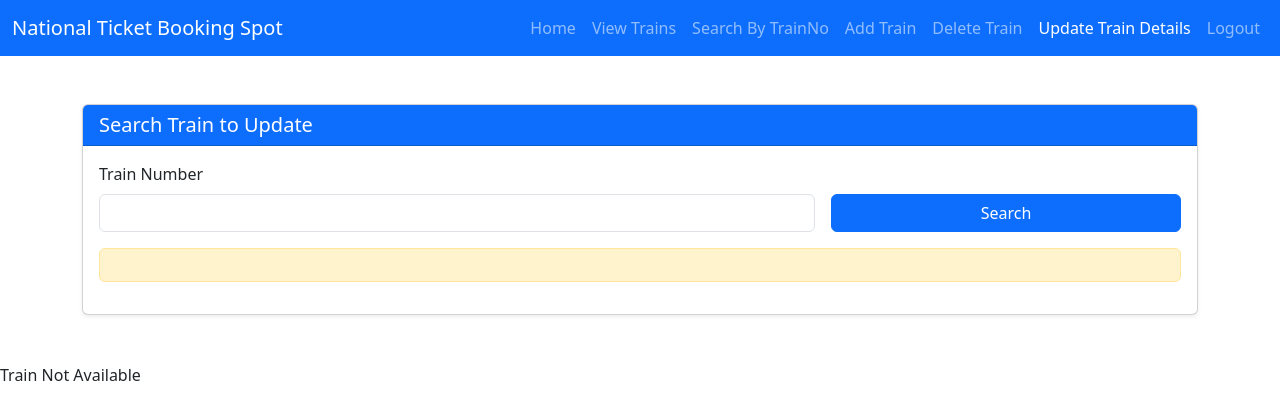
Repository: PrathamSahani/TMS-Sprint2
Page: http://localhost/TMS/adminupdatetrain
These files come from the project's save history. The page is drawn as it stood at one moment and after the next save; the edit follows.
The browser window is 1280 px wide. The pictures show the whole page.
The page is served by Tomcat 10. Other server files are loaded and not shown. Queries for data that is not in the repository find no rows.

Above is the page before, as saved 2025-04-23 16:49:22.

### Update/TMS/src/main/java/com/tms/servlets/AdminTrainUpdate.java
package com.tms.servlets;

import jakarta.servlet.ServletException;
import jakarta.servlet.annotation.WebServlet;
import jakarta.servlet.http.HttpServlet;
import jakarta.servlet.http.HttpServletRequest;
import jakarta.servlet.http.HttpServletResponse;
import java.io.IOException;

import java.io.IOException;
import java.io.PrintWriter;

import jakarta.servlet.RequestDispatcher;
import jakarta.servlet.ServletException;
import jakarta.servlet.annotation.WebServlet;
import jakarta.servlet.http.HttpServlet;
import jakarta.servlet.http.HttpServletRequest;
import jakarta.servlet.http.HttpServletResponse;

import com.tms.beans.TrainBean;
import com.tms.beans.TrainException;
import com.tms.service.TrainService;
import com.tms.service.impl.TrainServiceImpl;

@SuppressWarnings("serial")
@WebServlet("/adminupdatetrain")
public class AdminTrainUpdate extends HttpServlet {

	private TrainService trainService = new TrainServiceImpl();

	/**
	 *
	 * @param req
	 * @param res
	 * @throws IOException
	 * @throws ServletException
	 */
	protected void doPost(HttpServletRequest req, HttpServletResponse res) throws IOException, ServletException {
		res.setContentType("text/html");
		PrintWriter pw = res.getWriter();

		try {
			String trainNo = req.getParameter("trainnumber");
			TrainBean train = trainService.getTrainById(trainNo);
			if (train != null) {
				RequestDispatcher rd = req.getRequestDispatcher("AdminHome.jsp");
				rd.include(req, res);
				pw.println("<div class='tab'>Train Schedule Update</div>");
				pw.println("<div class='tab'>" + "<table><form action='updatetrainschedule' method='post'>"
						+ "<tr><td>Train No :</td><td><input type='text' name='trainno' value='" + train.getTr_no()
						+ "'></td></tr>" + "<tr><td>Train Name :</td><td><input type='text' name='trainname' value='"
						+ train.getTr_name() + "'></td></tr>"
						+ "<tr><td>From Station :</td><td><input type='text' name='fromstation' value='"
						+ train.getFrom_stn() + "'></td></tr>"
						+ "<tr><td>To Station :</td><td><input type='text' name='tostation' value='" + train.getTo_stn()
						+ "'></td></tr>"
						+ "<tr><td>Available seats:</td><td><input type='text' name='available' value='"
						+ train.getSeats() + "'></td></tr>"
						+ "<tr><td>Fare (INR) :</td><td><input type='text' name='fare' value='" + train.getFare()
						+ "'></td></tr>"
						+ "<tr><td></td><td><input type='submit' name='submit' value='Update Train Schedule'></td></tr>"
						+ "</form></table>" + "</div>");
			} else {
				RequestDispatcher rd = req.getRequestDispatcher("AdminUpdateTrain.jsp");
				rd.include(req, res);
				pw.println("<div class='tab'>Train Not Available</div>");
			}
		} catch (Exception e) {
			throw new TrainException(422, this.getClass().getName() + "_FAILED", e.getMessage());

		}

	}

	protected void doGet(HttpServletRequest req, HttpServletResponse res) throws IOException, ServletException {
		doPost(req, res);
	}

}

### Update/TMS/src/main/java/com/tms/service/impl/TrainServiceImpl.java
package com.tms.service.impl;

import jakarta.servlet.ServletException;
import jakarta.servlet.annotation.WebServlet;
import jakarta.servlet.http.HttpServlet;
import jakarta.servlet.http.HttpServletRequest;
import jakarta.servlet.http.HttpServletResponse;
import java.io.IOException;

import java.sql.Connection;
import java.sql.PreparedStatement;
import java.sql.ResultSet;
import java.sql.SQLException;
import java.util.ArrayList;
import java.util.List;

import com.tms.beans.TrainBean;
import com.tms.beans.TrainException;
import com.tms.constant.ResponseCode;
import com.tms.service.TrainService;
import com.tms.utils.DBUtil;

public class TrainServiceImpl implements TrainService {

	@Override
	public String addTrain(TrainBean train) {
	    String responseCode = ResponseCode.FAILURE.toString();
	    String query = "INSERT INTO TRAIN VALUES(?,?,?,?,?,?)";
	    try {
	        Connection con = DBUtil.getConnection();
	        PreparedStatement ps = con.prepareStatement(query);
	        ps.setLong(1, train.getTr_no());
	        ps.setString(2, train.getTr_name());
	        ps.setString(3, train.getFrom_stn());
	        ps.setString(4, train.getTo_stn());
	        ps.setLong(5, train.getSeats());
	        ps.setDouble(6, train.getFare());

	        int rows = ps.executeUpdate(); // ✅ Fixed
	        if (rows > 0) {
	            responseCode = ResponseCode.SUCCESS.toString();
	        }

	        ps.close();
	    } catch (SQLException | TrainException e) {
	        responseCode += " : " + e.getMessage();
	    }
	    return responseCode;
	}

	@Override
	public String deleteTrainById(String trainNo) {
		String responseCode = ResponseCode.FAILURE.toString();
		String query = "DELETE FROM TRAIN WHERE TR_NO=?";
		try {
			Connection con = DBUtil.getConnection();
			PreparedStatement ps = con.prepareStatement(query);
			ps.setString(1, trainNo);
			int response = ps.executeUpdate();
			if (response > 0) {
				responseCode = ResponseCode.SUCCESS.toString();
			}
			ps.close();
		} catch (SQLException | TrainException e) {
			responseCode += " : " + e.getMessage();
		}
		return responseCode;
	}

	@Override
	public String updateTrain(TrainBean train) {
	    String responseCode = ResponseCode.FAILURE.toString();
	    String query = "UPDATE TRAIN SET TR_NAME=?, FROM_STN=?, TO_STN=?, SEATS=?, FARE=? WHERE TR_NO=?";
	    try {
	        Connection con = DBUtil.getConnection();
	        PreparedStatement ps = con.prepareStatement(query);
	        ps.setString(1, train.getTr_name());
	        ps.setString(2, train.getFrom_stn());
	        ps.setString(3, train.getTo_stn());
	        ps.setLong(4, train.getSeats());
	        ps.setDouble(5, train.getFare());
	        ps.setLong(6, train.getTr_no());

	        int rows = ps.executeUpdate(); // ✅ Fixed
	        if (rows > 0) {
	            responseCode = ResponseCode.SUCCESS.toString();
	        }

	        ps.close();
	    } catch (SQLException | TrainException e) {
	        responseCode += " : " + e.getMessage();
	    }
	    return responseCode;
	}

	@Override
	public TrainBean getTrainById(String trainNo) throws TrainException {
		TrainBean train = null;
		String query = "SELECT * FROM TRAIN WHERE TR_NO=?";
		try {
			Connection con = DBUtil.getConnection();
			PreparedStatement ps = con.prepareStatement(query);
			ps.setString(1, trainNo);
			ResultSet rs = ps.executeQuery();
			if (rs.next()) {
				train = new TrainBean();
				train.setFare(rs.getDouble("fare"));
				train.setFrom_stn(rs.getString("from_stn"));
				train.setTo_stn(rs.getString("to_stn"));
				train.setTr_name(rs.getString("tr_name"));
				train.setTr_no(rs.getLong("tr_no"));
				train.setSeats(rs.getInt("seats"));
			}
			ps.close();
		} catch (SQLException e) {
			System.out.println(e.getMessage());
			throw new TrainException(e.getMessage());
		}
		return train;
	}

	@Override
	public List<TrainBean> getAllTrains() throws TrainException {
		List<TrainBean> trains = null;
		String query = "SELECT * FROM TRAIN";
		try {
			Connection con = DBUtil.getConnection();
			PreparedStatement ps = con.prepareStatement(query);
			ResultSet rs = ps.executeQuery();
			trains = new ArrayList<TrainBean>();
			while (rs.next()) {
				TrainBean train = new TrainBean();
				train.setFare(rs.getDouble("fare"));
				train.setFrom_stn(rs.getString("from_stn"));
				train.setTo_stn(rs.getString("to_stn"));
				train.setTr_name(rs.getString("tr_name"));
				train.setTr_no(rs.getLong("tr_no"));
				train.setSeats(rs.getInt("seats"));
				trains.add(train);
			}

			ps.close();
		} catch (SQLException e) {
			System.out.println(e.getMessage());
			throw new TrainException(e.getMessage());
		}
		return trains;
	}

	@Override
	public List<TrainBean> getTrainsBetweenStations(String fromStation, String toStation) throws TrainException {
		List<TrainBean> trains = null;
		String query = "SELECT * FROM TRAIN WHERE UPPER(FROM_STN) LIKE UPPER(?) AND UPPER(TO_STN) LIKE UPPER(?)";

		try {
			Connection con = DBUtil.getConnection();
			PreparedStatement ps = con.prepareStatement(query);
			ps.setString(1, "%" + fromStation + "%");
			ps.setString(2, "%" + toStation + "%");
			ResultSet rs = ps.executeQuery();
			trains = new ArrayList<TrainBean>();
			while (rs.next()) {
				TrainBean train = new TrainBean();
				train.setFare(rs.getDouble("fare"));
				train.setFrom_stn(rs.getString("from_stn"));
				train.setTo_stn(rs.getString("to_stn"));
				train.setTr_name(rs.getString("tr_name"));
				train.setTr_no(rs.getLong("tr_no"));
				train.setSeats(rs.getInt("seats"));
				trains.add(train);
			}

			ps.close();
		} catch (SQLException e) {
			System.out.println(e.getMessage());
			throw new TrainException(e.getMessage());
		}
		return trains;
	}

}

### Update/TMS/src/main/java/com/tms/utils/DBUtil.java
package com.tms.utils;

import jakarta.servlet.ServletException;
import jakarta.servlet.annotation.WebServlet;
import jakarta.servlet.http.HttpServlet;
import jakarta.servlet.http.HttpServletRequest;
import jakarta.servlet.http.HttpServletResponse;
import java.io.IOException;

import java.sql.Connection;
import java.sql.DriverManager;
import java.sql.SQLException;
import java.util.ResourceBundle;

import jakarta.servlet.ServletException;
import jakarta.servlet.annotation.WebServlet;
import jakarta.servlet.http.HttpServlet;
import jakarta.servlet.http.HttpServletRequest;
import jakarta.servlet.http.HttpServletResponse;
import java.io.IOException;

import java.sql.Connection;
import java.sql.DriverManager;
import java.sql.SQLException;
import java.util.ResourceBundle;

import com.tms.beans.TrainException;
import com.tms.constant.ResponseCode;

public class DBUtil {
    private static Connection con;

    static {
        try {
            Class.forName("org.apache.derby.jdbc.EmbeddedDriver");
        } catch (ClassNotFoundException e) {
            e.printStackTrace();
        }

        try {
            String url = "jdbc:derby:C:\\Users\\HP\\MyDB;create=true";
            con = DriverManager.getConnection(url);
            System.out.println("Connection Success!!");
        } catch (SQLException e) {
            e.printStackTrace();
        }
    }

    public static Connection getConnection() throws TrainException {
        if (con == null)
            throw new TrainException(ResponseCode.DATABASE_CONNECTION_FAILURE);
        return con;
    }
}

Loaded but not shown: Update/TMS/src/main/webapp/AdminUpdateTrain.jsp (common file)

After the next save:
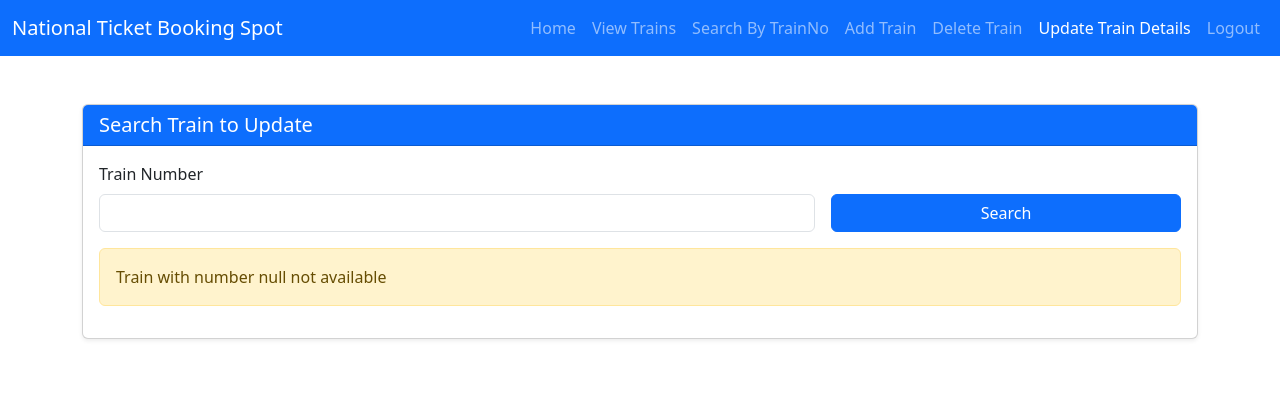
Saved 20 s later.
--- a/Update/TMS/src/main/java/com/tms/servlets/AdminTrainUpdate.java
+++ b/Update/TMS/src/main/java/com/tms/servlets/AdminTrainUpdate.java
@@ -7,73 +7,39 @@ import jakarta.servlet.http.HttpServletRequest;
 import jakarta.servlet.http.HttpServletResponse;
 import java.io.IOException;
 
-import java.io.IOException;
-import java.io.PrintWriter;
-
-import jakarta.servlet.RequestDispatcher;
-import jakarta.servlet.ServletException;
-import jakarta.servlet.annotation.WebServlet;
-import jakarta.servlet.http.HttpServlet;
-import jakarta.servlet.http.HttpServletRequest;
-import jakarta.servlet.http.HttpServletResponse;
-
 import com.tms.beans.TrainBean;
 import com.tms.beans.TrainException;
 import com.tms.service.TrainService;
 import com.tms.service.impl.TrainServiceImpl;
 
-@SuppressWarnings("serial")
 @WebServlet("/adminupdatetrain")
 public class AdminTrainUpdate extends HttpServlet {
 
-	private TrainService trainService = new TrainServiceImpl();
+    private TrainService trainService = new TrainServiceImpl();
 
-	/**
-	 *
-	 * @param req
-	 * @param res
-	 * @throws IOException
-	 * @throws ServletException
-	 */
-	protected void doPost(HttpServletRequest req, HttpServletResponse res) throws IOException, ServletException {
-		res.setContentType("text/html");
-		PrintWriter pw = res.getWriter();
+    @Override
+    protected void doPost(HttpServletRequest req, HttpServletResponse res) throws IOException, ServletException {
+        try {
+            String trainNo = req.getParameter("trainnumber");
+            TrainBean train = trainService.getTrainById(trainNo);
 
-		try {
-			String trainNo = req.getParameter("trainnumber");
-			TrainBean train = trainService.getTrainById(trainNo);
-			if (train != null) {
-				RequestDispatcher rd = req.getRequestDispatcher("AdminHome.jsp");
-				rd.include(req, res);
-				pw.println("<div class='tab'>Train Schedule Update</div>");
-				pw.println("<div class='tab'>" + "<table><form action='updatetrainschedule' method='post'>"
-						+ "<tr><td>Train No :</td><td><input type='text' name='trainno' value='" + train.getTr_no()
-						+ "'></td></tr>" + "<tr><td>Train Name :</td><td><input type='text' name='trainname' value='"
-						+ train.getTr_name() + "'></td></tr>"
-						+ "<tr><td>From Station :</td><td><input type='text' name='fromstation' value='"
-						+ train.getFrom_stn() + "'></td></tr>"
-						+ "<tr><td>To Station :</td><td><input type='text' name='tostation' value='" + train.getTo_stn()
-						+ "'></td></tr>"
-						+ "<tr><td>Available seats:</td><td><input type='text' name='available' value='"
-						+ train.getSeats() + "'></td></tr>"
-						+ "<tr><td>Fare (INR) :</td><td><input type='text' name='fare' value='" + train.getFare()
-						+ "'></td></tr>"
-						+ "<tr><td></td><td><input type='submit' name='submit' value='Update Train Schedule'></td></tr>"
-						+ "</form></table>" + "</div>");
-			} else {
-				RequestDispatcher rd = req.getRequestDispatcher("AdminUpdateTrain.jsp");
-				rd.include(req, res);
-				pw.println("<div class='tab'>Train Not Available</div>");
-			}
-		} catch (Exception e) {
-			throw new TrainException(422, this.getClass().getName() + "_FAILED", e.getMessage());
+            if (train != null) {
+                // pass the bean to JSP for rendering the update form
+                req.setAttribute("train", train);
+            } else {
+                // no train found → show warning on JSP
+                req.setAttribute("message", "Train with number " + trainNo + " not available");
+            }
+            // forward always to the same JSP which now handles both search & update UI
+            req.getRequestDispatcher("AdminUpdateTrain.jsp").forward(req, res);
 
-		}
+        } catch (Exception e) {
+            throw new TrainException(422, this.getClass().getName() + "_FAILED", e.getMessage());
+        }
+    }
 
-	}
-
-	protected void doGet(HttpServletRequest req, HttpServletResponse res) throws IOException, ServletException {
-		doPost(req, res);
-	}
-
+    @Override
+    protected void doGet(HttpServletRequest req, HttpServletResponse res) throws IOException, ServletException {
+        doPost(req, res);
+    }
 }
